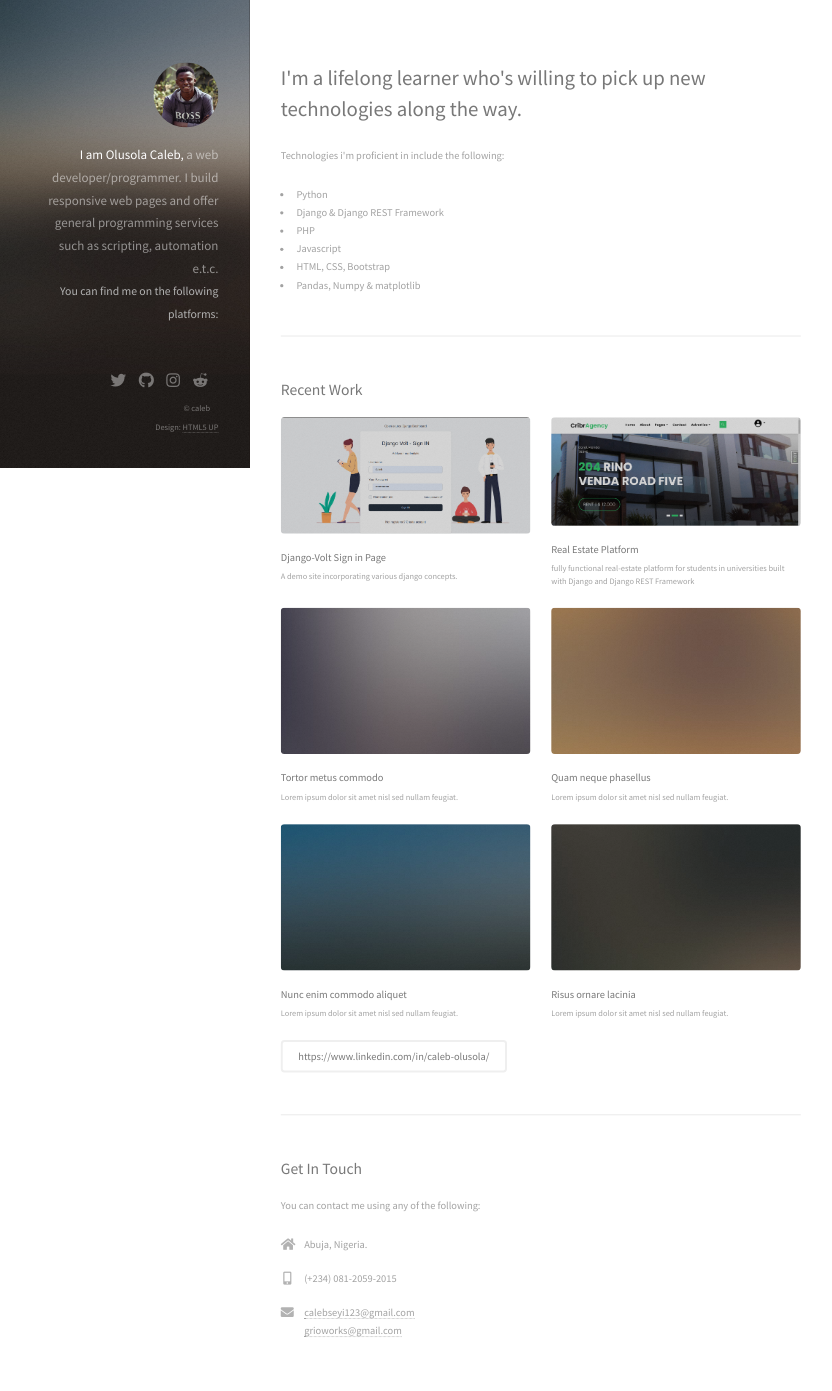
Repository: Caleb40/Caleb40.github.io
Page: index.html
An editor plug-in stored every save of this project. The page is shown before and after a run of saves, followed by the edit.
The browser window is 1280 px wide. The pictures show the whole page, at 65% of full size.

Above is the page before, as saved 2022-07-13 00:05:26.

After the next 3 saves:
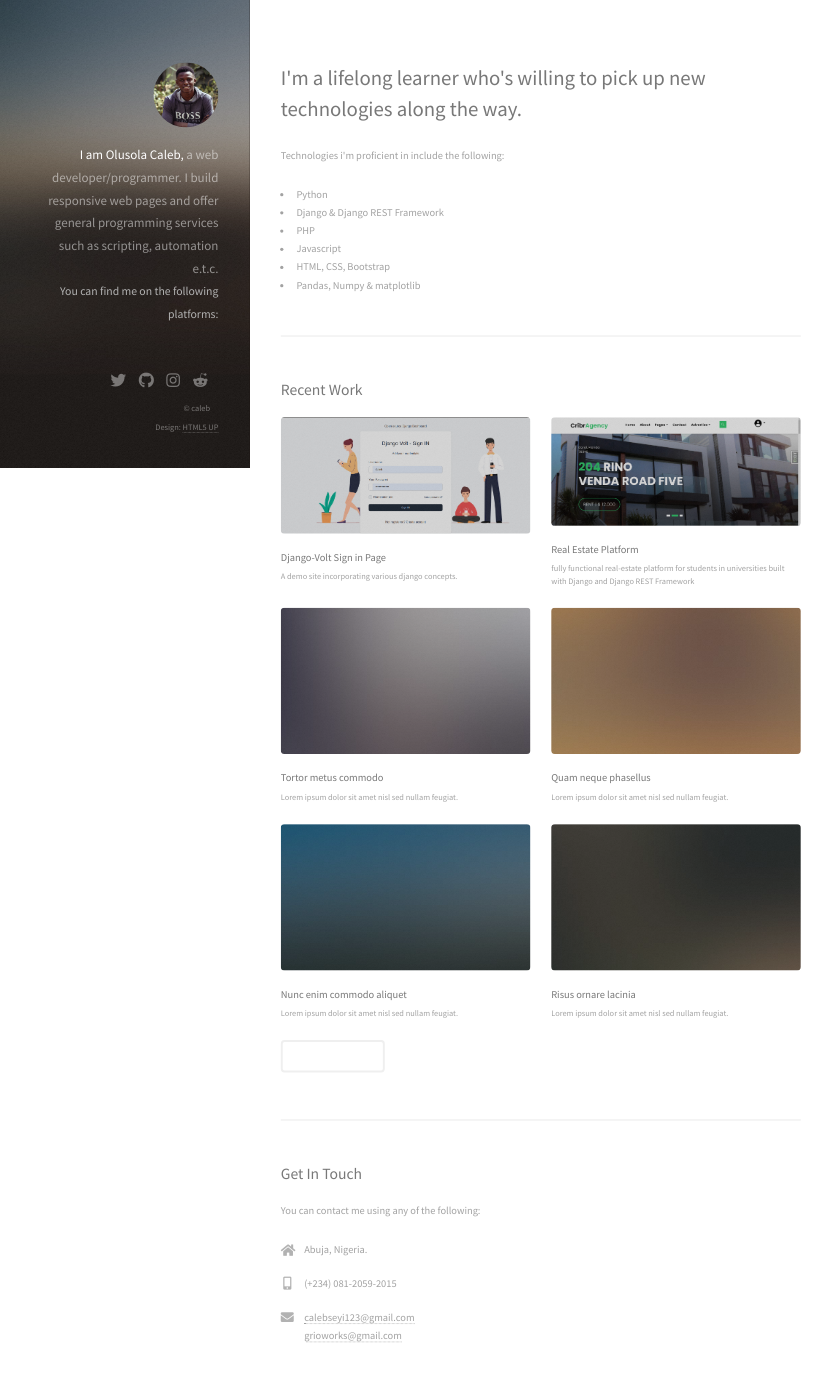
The 3 saves are shown as one change because they came seconds apart.
The last was saved 40 s later.
--- a/index.html
+++ b/index.html
@@ -81,7 +81,7 @@
 				</article>
 			</div>
 			<ul class="actions">
-				<li><a href="#" class="button">https://www.linkedin.com/in/caleb-olusola/</a></li>
+				<li><a href="https://www.linkedin.com/in/caleb-olusola/" class="button"></a></li>
 			</ul>
 		</section>
 
